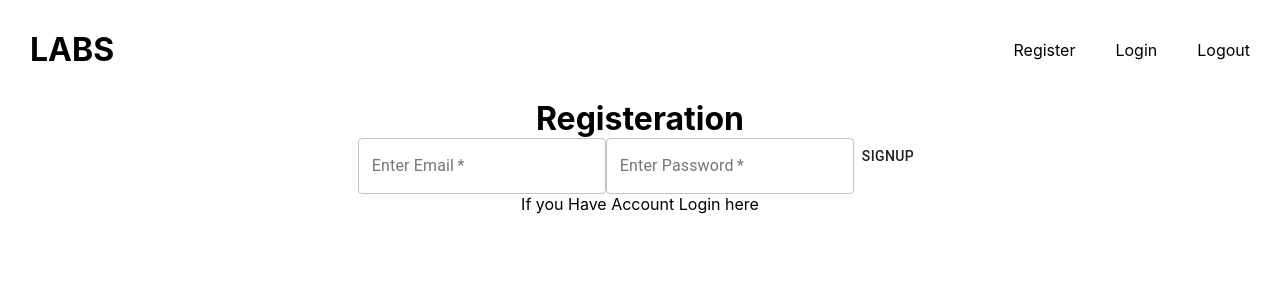
Repository: Prafullkuma/labsdata
Page: /signup
The author's editor kept a copy of each file at every save. The page is drawn from the files as they stood at one save, then again after the next save.
The browser window is 1280 px wide. The pictures show the whole page.
The project was rebuilt for these pictures with package versions that can differ from the ones it lists, and the page was loaded fresh each time. Also part of the build but not shown: src/Component/Admin.css, src/Component/Details/details.css, src/Component/Student/addstudent.css, src/firebase.js, src/Component/Student/Addstudent.js, src/Component/Student/ViewData/ViewData.css, src/Component/Student/ViewData/ViewStudentData.js, src/Component/Student/ViewStudent.js and 5 more.

Above is the page before, as saved 2020-08-26 14:06:09.

After the next save:
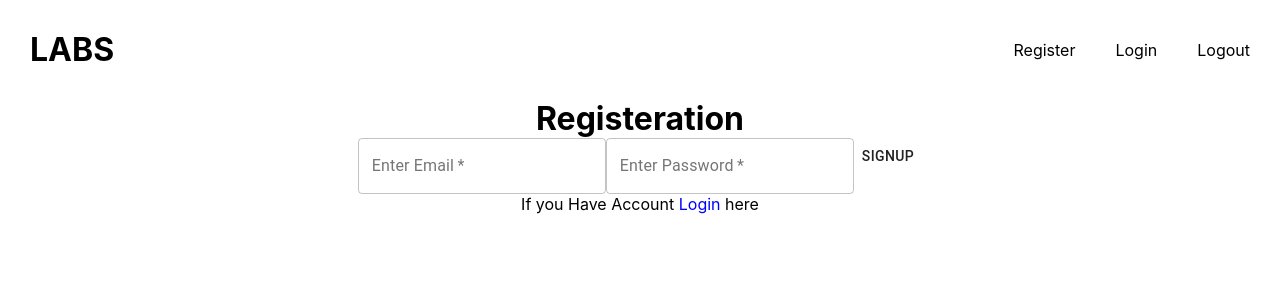
Saved 28 s later.
--- a/src/Auth/Signup.js
+++ b/src/Auth/Signup.js
@@ -9,7 +9,7 @@ function Signup() {
                 <TextField id="outlined-basic" type="email" required label="Enter Email" variant="outlined" />
                 <TextField id="outlined-basic" type="password" required label="Enter Password" variant="outlined" />
                 <Button> Signup</Button>
-                <p>If you Have Account <Link to="/login" style={{ color: 'blue !important' }}>Login</Link> here</p>
+                <p>If you Have Account <Link to="/login" style={{ color: 'blue' }}>Login</Link> here</p>
             </form>
 
         </div>
